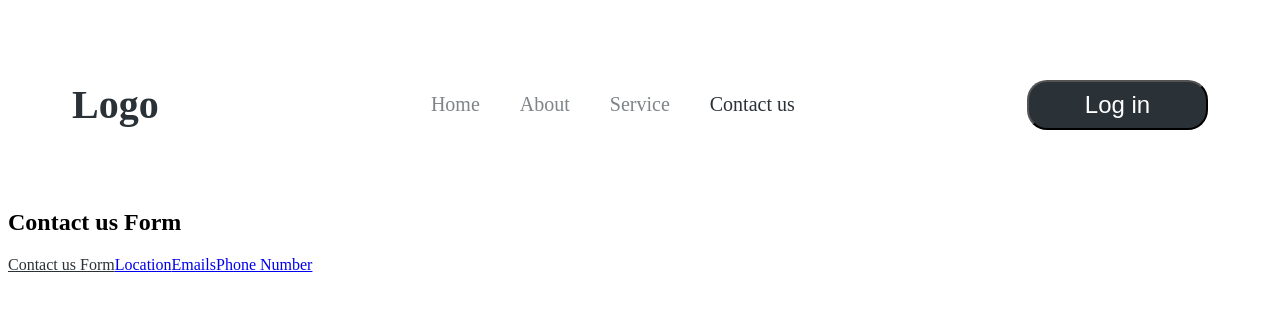
Repository: rehamtaher10/thirdReactTask
Page: /contact
These files come from the project's save history. The page is drawn as it stood at one moment and after the next save; the edit follows.
The browser window is 1280 px wide. The pictures show the whole page.
The project was rebuilt for these pictures with package versions that can differ from the ones it lists, and the page was loaded fresh each time. Also part of the build but not shown: vite.config.js, src/components/HomePage/Home.jsx, src/components/AboutPage/About.jsx, src/components/ServicePage/Service.jsx.

Above is the page before, as saved 2024-11-27 22:35:52.

### src/App.jsx
import React from "react";
import Home from "./components/HomePage/Home";
import { createBrowserRouter, RouterProvider } from "react-router-dom";
import Layout from "./components/Layout/Layout";
import About from "./components/AboutPage/About";
import ContactUs from "./components/ContactUsPage/ContactUs";
import Service from "./components/ServicePage/Service";

export default function App() {
  const Routing = createBrowserRouter([
    {
      path: "",
      element: <Layout />,
      // errorElement: <h1>404 Not Found</h1>,
      children: [
        { path: "", element: <Home /> },
        { path: "about", element: <About /> },
        { path: "service", element: <Service /> },
        {
          path: "contact",
          element: <ContactUs />,
          children: [
            { index: true, element: <h1>Contact us Form</h1> },
            { path: "location", element: <h1>Contact us Location</h1> },
            { path: "emails", element: <h1>Contact us Emails</h1> },
            { path: "phone-number", element: <h1>Phone Number</h1> },
            { path: "*", element: <h1>404 Not Found</h1> },
          ],
        },
      ],
    },
  ]);
  return <RouterProvider router={Routing} />;
}

### src/components/Layout/Layout.jsx
import React from 'react'
import Navbar from '../Navbar.jsx'
import { Outlet } from 'react-router-dom';

export default function Layout() {
  return (
    <>
         <Navbar />
         <Outlet/>
    </>
  );
}

### src/components/ContactUsPage/ContactUs.jsx
import React from "react";
import { Outlet ,NavLink } from 'react-router-dom';

export default function ContactUs() {
  return (
    <section>
      <div className="contact_content">
        <Outlet />
      </div>
      <div className="contact_links">
        <NavLink end >
          Contact us Form
        </NavLink>
        <NavLink

          to={"location"}
        >
          Location
        </NavLink>
        <NavLink

          to={"emails"}
        >
          Emails
        </NavLink>
        <NavLink

          to={"phone-number"}
        >
          Phone Number
        </NavLink>
      </div>
    </section>
  );
}

### src/components/Navbar.jsx
import React from 'react'
import "../style/navBar.css";
import { Link, NavLink } from "react-router-dom";

export default function Navbar() {
  return (
    <>
    <nav className="navbar">
            <h1>Logo</h1>
            <div className="navbar_menu">
                <ul>
                    <NavLink  to={"/"}>Home</NavLink>
                    <NavLink  to={"/about"}>About</NavLink>
                    <NavLink  to={"/service"}>Service</NavLink>
                    <NavLink  to={"/contact"}>Contact us</NavLink>
                </ul>
            </div>
            <button>Log in</button>
        </nav>
    </>
  )
}

### src/style/navBar.css
.navbar{
    padding-inline: 4em;
    display: flex;
    align-items: center;
    justify-content: space-between;
    padding-block: 1em;
    background-color: transparent;
    margin-block: 2em;
}
.navbar h1{
    font-size: 40px;
    color: #2A3238;
}
.navbar_menu ul {
    display: flex;
    align-items: center;
    gap: 2em;
    font-size: 20px;
}
.navbar a {
    text-decoration: none;
    color: #2A323899;
}
 a.active{
    color: #2A3238;
}
.navbar button{
    background-color: #2A3238;
    color: white;
    width: 181px;
    height: 50px;
    border-radius: 20px;
    font-size: 24px;
}

Loaded but not shown: index.html (common file); src/main.jsx (common file)

After the next save:
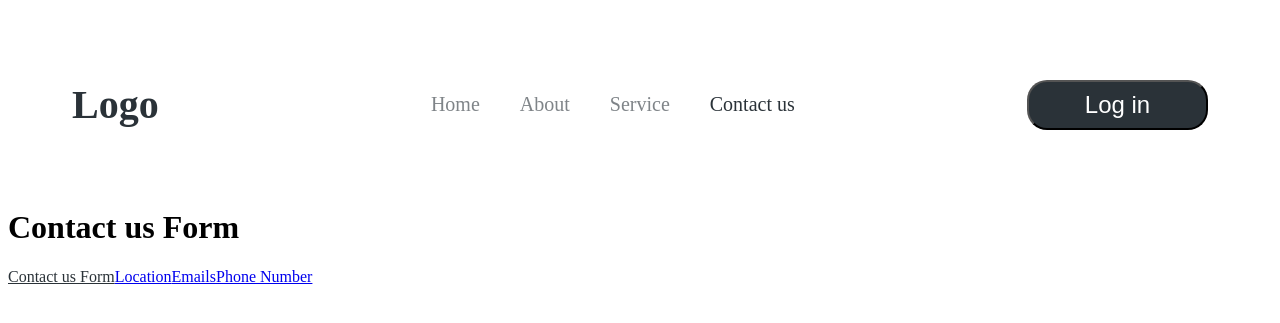
Saved 4 min 35 s later.
--- a/src/components/ContactUsPage/ContactUs.jsx
+++ b/src/components/ContactUsPage/ContactUs.jsx
@@ -3,7 +3,7 @@ import { Outlet ,NavLink } from 'react-router-dom';
 
 export default function ContactUs() {
   return (
-    <section>
+    <>
       <div className="contact_content">
         <Outlet />
       </div>
@@ -30,6 +30,6 @@ export default function ContactUs() {
           Phone Number
         </NavLink>
       </div>
-    </section>
+    </>
   );
 }
